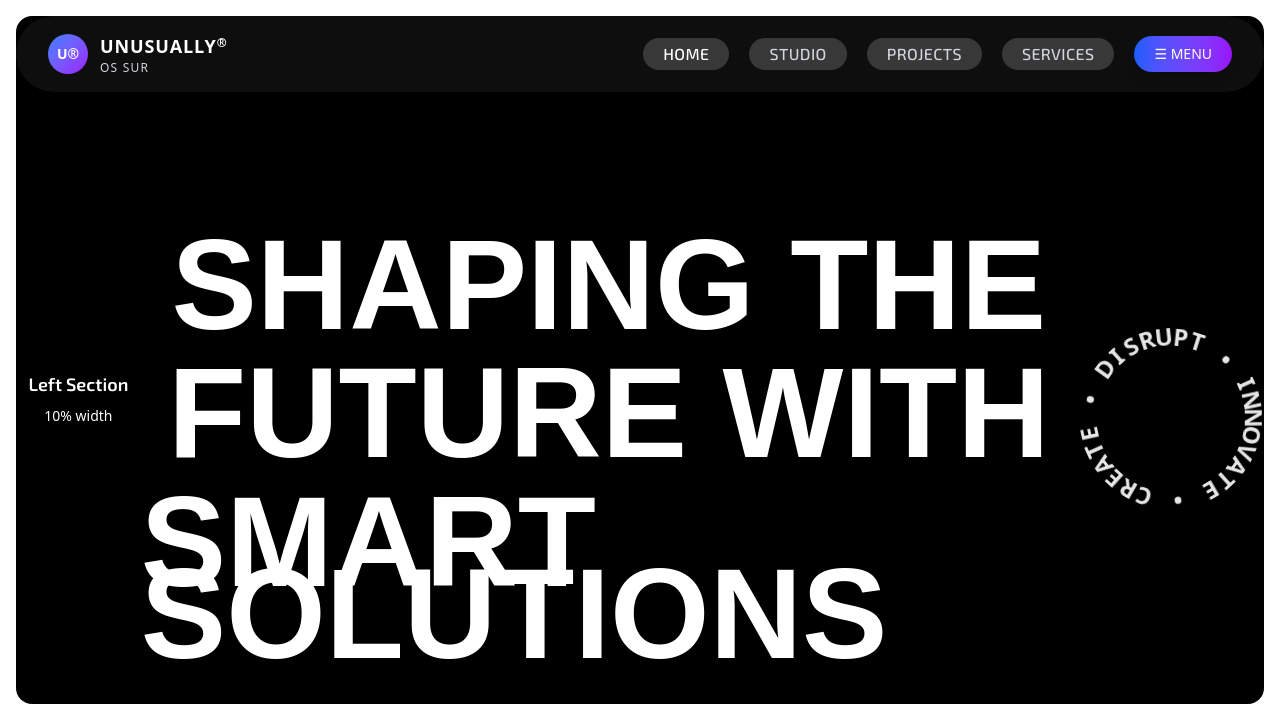
Repository: A-y-u-s-h-29/Digital-Express-India-With-Carrer-Page-And-RazorPay
Page: / (app in op/)
These files come from the project's save history. The page is drawn as it stood at one moment and after the next save; the edit follows.
The browser window is 1280 px wide. The pictures show the whole page.
Some web fonts or font styles are not loaded; a fallback is used. The project was rebuilt for these pictures with package versions that can differ from the ones it lists, and the page was loaded fresh each time. Also part of the build but not shown: op/vite.config.js.

Above is the page before, as saved 2025-12-04 15:16:49.

### op/index.html
<!doctype html>
<html lang="en">
  <head>
    <meta charset="UTF-8" />
    <link rel="icon" type="image/svg+xml" href="/vite.svg" />
    <meta name="viewport" content="width=device-width, initial-scale=1.0" />
    <link rel="preconnect" href="https://fonts.googleapis.com">
<link rel="preconnect" href="https://fonts.gstatic.com" crossorigin>
<link href="https://fonts.googleapis.com/css2?family=Alan+Sans:wght@300..900&family=Big+Shoulders:opsz,wght@10..72,100..900&family=Exo+2:ital,wght@0,100..900;1,100..900&family=Montserrat:ital,wght@0,100..900;1,100..900&family=Orbitron:wght@400..900&family=Poppins:ital,wght@0,100;0,200;0,300;0,400;0,500;0,600;0,700;0,800;0,900;1,100;1,200;1,300;1,400;1,500;1,600;1,700;1,800;1,900&family=Rajdhani:wght@300;400;500;600;700&display=swap" rel="stylesheet">
<link rel="preconnect" href="https://fonts.googleapis.com">
<link rel="preconnect" href="https://fonts.gstatic.com" crossorigin>
<link href="https://fonts.googleapis.com/css2?family=Alan+Sans:wght@300..900&family=Big+Shoulders:opsz,wght@10..72,100..900&family=Exo+2:ital,wght@0,100..900;1,100..900&family=Montserrat:ital,wght@0,100..900;1,100..900&family=Orbitron:wght@400..900&family=Poppins:ital,wght@0,100;0,200;0,300;0,400;0,500;0,600;0,700;0,800;0,900;1,100;1,200;1,300;1,400;1,500;1,600;1,700;1,800;1,900&family=Rajdhani:wght@300;400;500;600;700&display=swap" rel="stylesheet">
    <title>op</title>
  </head>
  <body>
    <div id="root"></div>
    <script type="module" src="/src/main.jsx"></script>
  </body>
</html>

### op/src/index.css
@import "tailwindcss";
*{
  box-sizing: border-box;
}
.big {
  font-family: "Big Shoulders", sans-serif;

  font-style: normal;
}
.exo {
  font-family: "Exo 2", sans-serif;

  font-style: normal;
}

### op/src/App.jsx
import React from 'react'
import Home from './components/Home'

function App() {
  return (
   <>
   <Home/>


   </>
  )
}

export default App

### op/src/components/Home.jsx
import React from "react";
import Navbar from "./Navbar";
import CircularText from "./CircularText";


function Home() {
  return (
    <div className="w-full max-h-screen lg:h-[120vh] lg:py-4 lg:px-4">
      <div className="rounded-b-4xl lg:rounded-2xl w-full h-full flex flex-col relative overflow-hidden bg-black">
        {/* Transparent Navbar */}
        <div className="relative z-20">
          <Navbar />
        </div>

        {/* Three Column Layout */}
        <div className="flex flex-1 relative z-10 text-white">
          {/* Left Column - 10% width */}
          <div className="w-[10%] flex items-center justify-center">
            <div className="text-white text-center">
              <p className="exo font-semibold text-lg">Left Section</p>
              <p className="text-sm mt-2">10% width</p>
            </div>
          </div>

          {/* Middle Column - 75% width */}
          <div className="w-[75%] flex flex-col justify-center items-center big">
            <div className="w-full h-full flex flex-col">
              {/* Top Row - 40% height */}
              <div className="h-[40%] flex items-end justify-center pb-4">
                <h1 className="text-5xl md:text-9xl leading-tight md:leading-[4.5rem] font-bold text-white drop-shadow-2xl">
                  SHAPING THE
                </h1>
              </div>

              {/* Middle Row - 30% height */}
              <div className="h-[25%] flex items-center justify-center">
                <h1 className="text-5xl md:text-9xl leading-tight lg:leading-[4.5rem] font-bold text-white drop-shadow-2xl">
                  FUTURE WITH
                </h1>
              </div>

              {/* Bottom Row - 30% height */}
              <div className="h-[35%] flex items-start justify-center pt-4">
                <h1 className="text-5xl md:text-9xl leading-tight lg:leading-[4.5rem] font-bold text-white drop-shadow-2xl">
                  SMART SOLUTIONS
                </h1>
              </div>
            </div>
          </div>

          {/* Right Column - 15% width */}
          <div className="w-[15%] flex flex-col items-center justify-center mt-10">
            {/* Vertical Circular Text */}
            <div className="relative h-full flex items-center justify-center">
              <CircularText
                text="INNOVATE • CREATE • DISRUPT • "
                spinDuration={30}
                onHover="speedUp"
                className="text-white/90 text-sm"
              />



              {/* Scroll indicator */}

            </div>


          </div>
        </div>
      </div>
    </div>
  );
}

export default Home;

### op/src/components/Navbar.jsx
import React, { useState, useRef, useEffect } from 'react';
import { gsap } from 'gsap';

function Navbar({ isHomePage = false }) {
  const [isMenuOpen, setIsMenuOpen] = useState(false);
  const menuOverlayRef = useRef(null);
  const mobileMenuRef = useRef(null);

  // Menu items data for the menu overlay
  const menuOverlayItems = [
    { title: 'HOME', number: '01' },
    { title: 'ABOUT', number: '02' },
    { title: 'PROJECTS', number: '03' },
    { title: 'SERVICES', number: '04' },

  ];

  // Menu items for navbar links
  const navMenuItems = [
    { title: 'HOME', color: 'from-blue-500 to-cyan-400' },
    { title: 'STUDIO', color: 'from-purple-500 to-pink-500' },
    { title: 'PROJECTS', color: 'from-green-500 to-emerald-400' },
    { title: 'SERVICES', color: 'from-yellow-500 to-orange-500' },
    { title: 'ABOUT', color: 'from-red-500 to-rose-400' },
    { title: 'CONTACT', color: 'from-indigo-500 to-blue-400' },
  ];

  // Initialize menu as hidden
  useEffect(() => {
    if (menuOverlayRef.current) {
      menuOverlayRef.current.style.display = 'none';
    }
  }, []);

  const handleMenuClick = () => {
    const wasOpen = isMenuOpen;
    setIsMenuOpen(!wasOpen);

    if (!wasOpen) {
      // OPEN MENU ANIMATION - bottom-right से slide in
      if (menuOverlayRef.current) {
        menuOverlayRef.current.style.display = 'flex';

        // Get the menu container
        const menuContainer = menuOverlayRef.current.querySelector('.relative');

        if (menuContainer) {
          // Initial position - off screen bottom-right
          gsap.set(menuContainer, {
            x: '100%',
            y: '100%',
            opacity: 0,
            scale: 0.9,
            transformOrigin: 'bottom right'
          });

          // Animate to position
          gsap.to(menuContainer, {
            x: 0,
            y: 0,
            opacity: 1,
            scale: 1,
            duration: 0.8,
            ease: 'expo.out'
          });

          // Background fade in
          gsap.fromTo(menuOverlayRef.current,
            { opacity: 0 },
            { opacity: 1, duration: 0.4 }
          );

          // Menu items animation (from bottom)
          const menuItems = menuContainer.querySelectorAll('.menu-item');
          gsap.fromTo(menuItems,
            {
              opacity: 0,
              y: 40
            },
            {
              opacity: 1,
              y: 0,
              duration: 0.6,
              stagger: 0.1,
              delay: 0.3,
              ease: 'power3.out'
            }
          );

          // Close button animation
          const closeBtn = menuContainer.querySelector('.close-btn');
          if (closeBtn) {
            gsap.fromTo(closeBtn,
              { opacity: 0, rotation: -45 },
              { opacity: 1, rotation: 0, duration: 0.5, delay: 0.8 }
            );
          }
        }
      }

      // Mobile menu animation
      if (mobileMenuRef.current) {
        gsap.fromTo(
          mobileMenuRef.current,
          { height: 0, opacity: 0 },
          { height: 'auto', opacity: 1, duration: 0.4 }
        );
      }
    } else {
      // CLOSE MENU ANIMATION - bottom-right को slide out
      if (menuOverlayRef.current) {
        const menuContainer = menuOverlayRef.current.querySelector('.relative');

        if (menuContainer) {
          // Menu items exit
          const menuItems = menuContainer.querySelectorAll('.menu-item');
          gsap.to(menuItems,
            {
              opacity: 0,
              y: 20,
              duration: 0.3,
              stagger: 0.05,
              ease: 'power2.in'
            }
          );

          // Close button exit
          const closeBtn = menuContainer.querySelector('.close-btn');
          if (closeBtn) {
            gsap.to(closeBtn, {
              opacity: 0,
              rotation: 45,
              duration: 0.3
            });
          }

          // Menu container slide out to bottom-right
          gsap.to(menuContainer, {
            x: '100%',
            y: '100%',
            opacity: 0,
            scale: 0.9,
            duration: 0.6,
            ease: 'expo.in',
            onComplete: () => {
              if (menuOverlayRef.current) {
                menuOverlayRef.current.style.display = 'none';
              }
            }
          });

          // Background fade out
          gsap.to(menuOverlayRef.current, {
            opacity: 0,
            duration: 0.4
          });
        }
      }

      // Mobile menu exit animation
      if (mobileMenuRef.current) {
        gsap.to(mobileMenuRef.current, {
          height: 0,
          opacity: 0,
          duration: 0.3
        });
      }
    }
  };

  return (
    <>
      {/* Main Navbar */}
      <nav
        className={`w-full px-6 py-4 lg:px-8 lg:py-4 ${isHomePage ? 'bg-transparent' : 'bg-[#0E0E0E]'} rounded-full relative z-50`}
      >
        <div className="flex items-center justify-between">
          {/* Logo/Brand Section */}
          <div className="flex items-center">
            <div className="w-10 h-10 rounded-full bg-gradient-to-br from-blue-500 to-purple-600 flex items-center justify-center mr-3">
              <span className="text-white font-bold text-sm">U®</span>
            </div>
            <div className="flex flex-col">
              <span className="text-white font-bold text-lg tracking-wider">UNUSUALLY<sup className="text-xs">®</sup></span>
              <span className="text-gray-300 text-xs tracking-widest">OS SUR</span>
            </div>
          </div>

          <div className='flex items-center gap-5'>
            {/* Desktop Navigation Links */}
            <div className="hidden md:flex items-center space-x-5 exo text-md">
              {navMenuItems.slice(0, 4).map((item, index) => (
                <a
                  key={index}
                  href="#"
                  className={`text-gray-300 font-medium tracking-wide hover:text-white transition-colors duration-300 bg-[#383838] px-5 py-1 rounded-full ${item.title === 'HOME' ? 'text-white' : ''}`}
                >
                  {item.title}
                </a>
              ))}
            </div>

            {/* Menu Button */}
            <button
              onClick={handleMenuClick}
              className="px-5 py-2 bg-gradient-to-r from-blue-600 to-purple-600 text-white text-sm font-medium rounded-full hover:from-blue-700 hover:to-purple-700 transition-all duration-300 shadow-lg hover:shadow-xl relative z-50"
            >
              {isMenuOpen ? '✕ CLOSE' : '☰ MENU'}
            </button>

            {/* Mobile Menu Button (Hamburger) */}
            <button
              onClick={handleMenuClick}
              className="ml-4 md:hidden relative z-50"
            >
              <div className={`w-6 h-0.5 bg-white mb-1.5 transition-all duration-300 ${isMenuOpen ? 'rotate-45 translate-y-2' : ''}`}></div>
              <div className={`w-6 h-0.5 bg-white mb-1.5 transition-all duration-300 ${isMenuOpen ? 'opacity-0' : ''}`}></div>
              <div className={`w-6 h-0.5 bg-white transition-all duration-300 ${isMenuOpen ? '-rotate-45 -translate-y-2' : ''}`}></div>
            </button>
          </div>
        </div>

        {/* Mobile Menu Dropdown */}
        <div
          ref={mobileMenuRef}
          className="md:hidden mt-4 pt-4 border-t border-gray-800 overflow-hidden"
          style={{ height: '0px' }}
        >
          <div className="flex flex-col space-y-4">
            {navMenuItems.map((item, index) => (
              <a
                key={index}
                href="#"
                className={`text-gray-300 font-medium py-2 hover:text-white transition-colors ${item.title === 'HOME' ? 'text-white' : ''}`}
              >
                {item.title}
              </a>
            ))}
          </div>
        </div>
      </nav>

      {/* Fullscreen Menu Overlay */}
      <div
        ref={menuOverlayRef}
        className="fixed inset-0  z-40 hidden items-end justify-end px-4 rounded-2xl "
      >
        {/* Menu Container - Image के according simple design */}
        <div
          className="relative h-[70vh] w-[45vw] bg-white  rounded-4xl overflow-hidden shadow-2xl transform-gpu "
          style={{
            transformOrigin: 'bottom right'
          }}
        >
          {/* Simple Header with Brand */}
          <div className="absolute top-8 left-8">
            <div className="flex items-center space-x-3">

              <div>

              </div>
            </div>
          </div>



          {/* Main Content Area - Center aligned like image */}
          <div className="h-full flex flex-col justify-center items-center px-12 ">
            {/* Menu Items - Single Column, Large text like image */}
            <div className="w-full  space-y-2">
              {menuOverlayItems.map((item, index) => (
                <a
                  key={index}
                  href="#"
                  className="menu-item group relative block w-full"
                >
                  <div className="flex items-center justify-between">
                    {/* Title - Left side */}
                    <div className="relative overflow-hidden p-0.5">
                      <h3 className="text-black font-extrabold text-5xl lg:text-7xl  exo tracking-tight opacity-90 group-hover:opacity-100 transition-all duration-500">
                        {item.title}
                      </h3>
                      {/* Underline animation */}

                    </div>

                    {/* Number in parentheses - Right side */}
                    <div className="text-gray-500 text-3xl lg:text-4xl font-light group-hover:text-white transition-colors duration-500">
                      ({item.number})
                    </div>
                  </div>
                </a>
              ))}
            </div>


          </div>


        </div>
      </div>
    </>
  );
}

export default Navbar;

### op/src/components/CircularText.jsx
import React, { useEffect } from 'react';
import { motion, useAnimation, useMotionValue } from 'framer-motion';

const CircularText = ({
  text = 'Circular Text Animation • ',
  spinDuration = 20,
  onHover = 'speedUp',
  className = '',
}) => {
  const letters = Array.from(text);
  const controls = useAnimation();
  const rotation = useMotionValue(0);

  const getRotationTransition = (duration, from, loop = true) => ({
    from,
    to: from + 360,
    ease: 'linear',
    duration,
    type: 'tween',
    repeat: loop ? Infinity : 0,
  });

  const getTransition = (duration, from) => ({
    rotate: getRotationTransition(duration, from),
    scale: {
      type: 'spring',
      damping: 20,
      stiffness: 300,
    },
  });

  useEffect(() => {
    const start = rotation.get();
    controls.start({
      rotate: start + 360,
      scale: 1,
      transition: getTransition(spinDuration, start),
    });
  }, [spinDuration, text, onHover, controls, rotation]);

  const handleHoverStart = () => {
    const start = rotation.get();

    if (!onHover) return;

    let transitionConfig;
    let scaleVal = 1;

    switch (onHover) {
      case 'slowDown':
        transitionConfig = getTransition(spinDuration * 2, start);
        break;
      case 'speedUp':
        transitionConfig = getTransition(spinDuration / 4, start);
        break;
      case 'pause':
        transitionConfig = {
          rotate: { type: 'spring', damping: 20, stiffness: 300 },
          scale: { type: 'spring', damping: 20, stiffness: 300 },
        };
        break;
      case 'goBonkers':
        transitionConfig = getTransition(spinDuration / 20, start);
        scaleVal = 0.8;
        break;
      default:
        transitionConfig = getTransition(spinDuration, start);
    }

    controls.start({
      rotate: start + 360,
      scale: scaleVal,
      transition: transitionConfig,
    });
  };

  const handleHoverEnd = () => {
    const start = rotation.get();
    controls.start({
      rotate: start + 360,
      scale: 1,
      transition: getTransition(spinDuration, start),
    });
  };

  return (
    <div className="flex min-h-[400px] items-center justify-center rounded-lg">
      <motion.div
        className={`relative m-0 mx-auto h-[200px] w-[200px] origin-center cursor-pointer rounded-full text-center font-black text-white ${className}`}
        style={{ rotate: rotation }}
        initial={{ rotate: 0 }}
        animate={controls}
        onMouseEnter={handleHoverStart}
        onMouseLeave={handleHoverEnd}
      >
        {letters.map((letter, i) => {
          const rotationDeg = (360 / letters.length) * i;
          const factor = Math.PI / letters.length;
          const x = factor * i;
          const y = factor * i;
          const transform = `rotateZ(${rotationDeg}deg) translate3d(${x}px, ${y}px, 0)`;

          return (
            <span
              key={i}
              className="absolute inset-0 inline-block text-2xl transition-all duration-500 ease-out"
              style={{
                transform: transform,
                WebkitTransform: transform
              }}
            >
              {letter}
            </span>
          );
        })}
      </motion.div>
    </div>
  );
};

export default CircularText;

Loaded but not shown: op/src/main.jsx (common file)

After the next save:
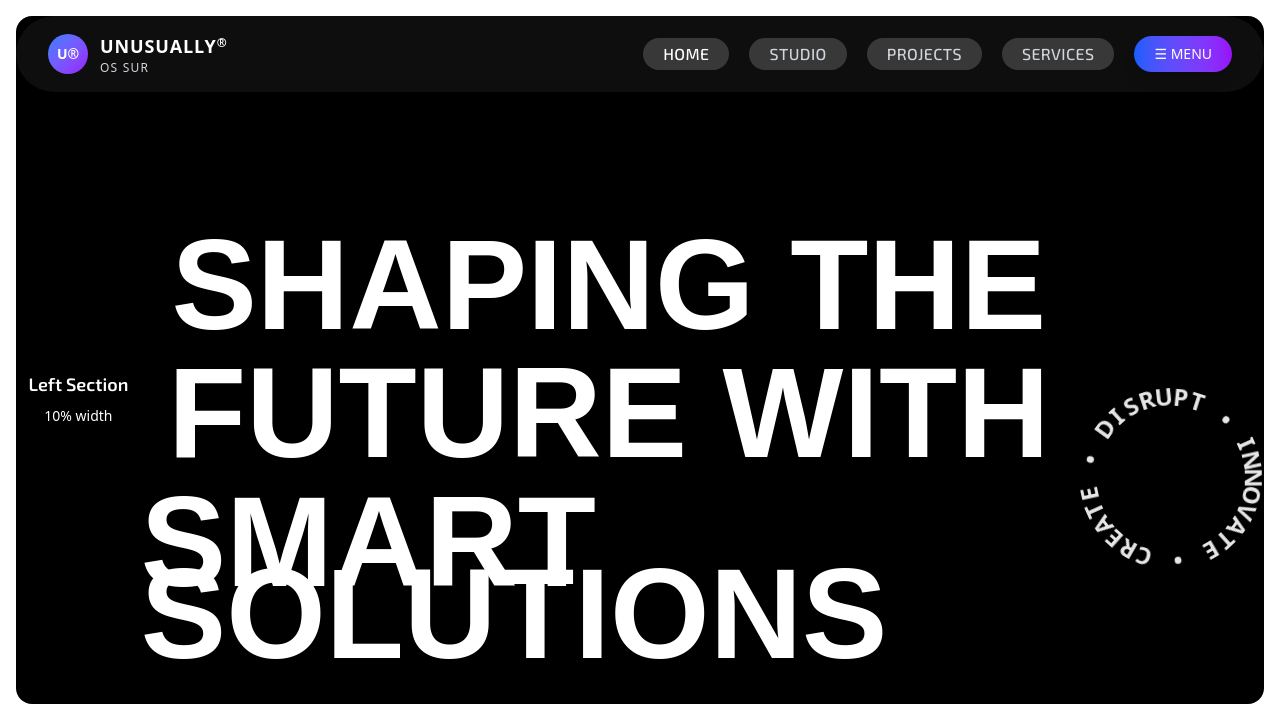
Saved 8 s later.
--- a/op/src/components/Home.jsx
+++ b/op/src/components/Home.jsx
@@ -49,7 +49,7 @@
           </div>
 
           {/* Right Column - 15% width */}
-          <div className="w-[15%] flex flex-col items-center justify-center mt-10">
+          <div className="w-[15%] flex flex-col items-center justify-center mt-40">
             {/* Vertical Circular Text */}
             <div className="relative h-full flex items-center justify-center">
               <CircularText

After the 2 saves that followed:
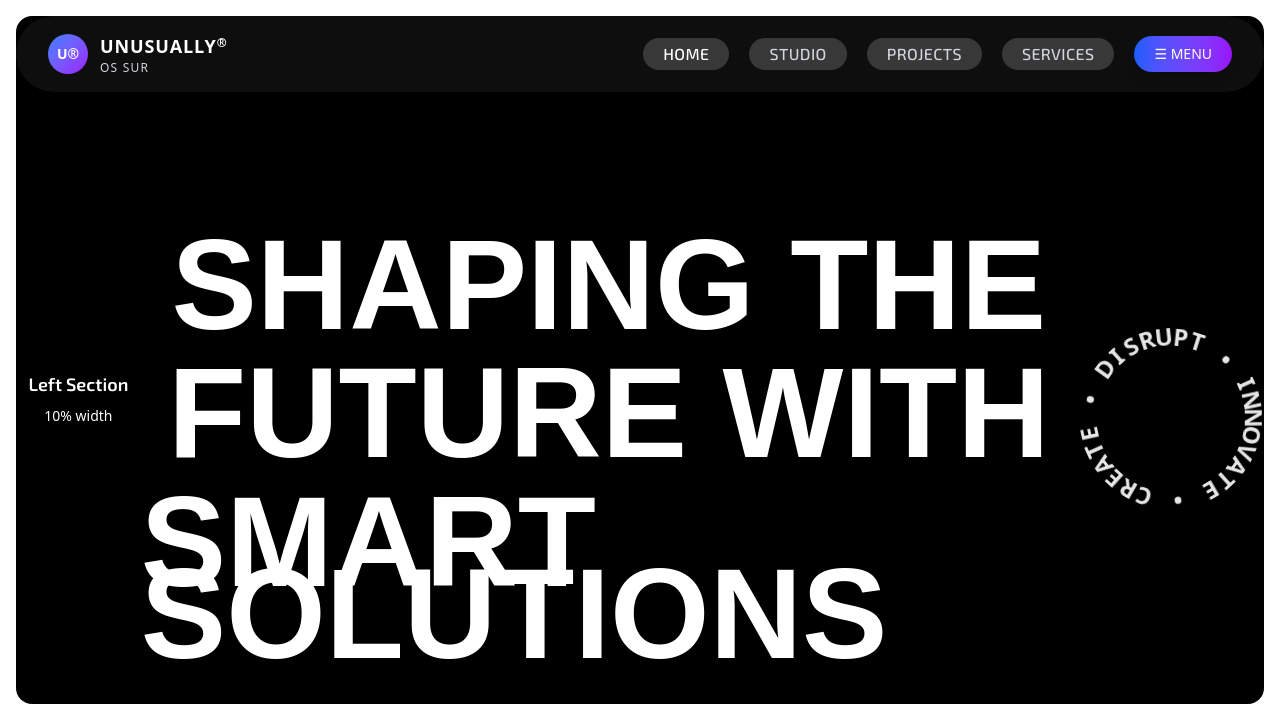
The 2 saves are shown as one change because they came seconds apart.
The last was saved 8 s later.
--- a/op/src/components/Home.jsx
+++ b/op/src/components/Home.jsx
@@ -49,9 +49,9 @@
           </div>
 
           {/* Right Column - 15% width */}
-          <div className="w-[15%] flex flex-col items-center justify-center mt-40">
+          <div className="w-[15%] flex flex-col items-center justify-center ">
             {/* Vertical Circular Text */}
-            <div className="relative h-full flex items-center justify-center">
+            <div className="relative h-full flex items-center justify-center mt-10">
               <CircularText
                 text="INNOVATE • CREATE • DISRUPT • "
                 spinDuration={30}
